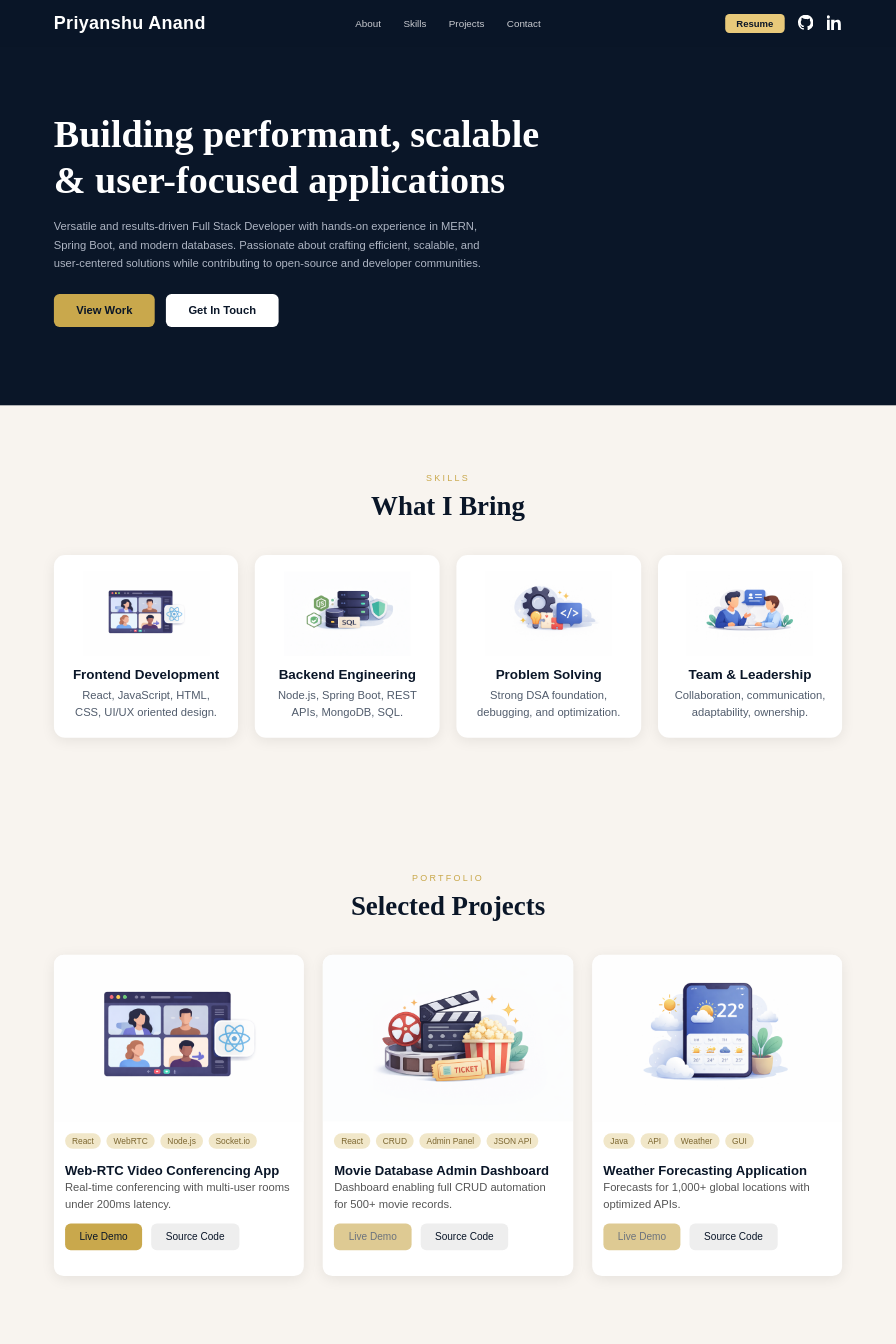
Repository: priyanshuanand12022/My-Portfolio
Page: /
The author's editor kept a copy of each file at every save. The page is drawn from the files as they stood at one save, then again after a run of saves.
The browser window is 1280 px wide. The pictures show the part of the page from y = 0 to 1920 px (the page is 2746 px tall), at 70% of full size.
The pointer rests on the first visible `.resume-btn`.
The project was rebuilt for these pictures with package versions that can differ from the ones it lists, and the page was loaded fresh each time. Also part of the build but not shown: vite.config.js.

Above is the page before, as saved 2026-02-25 23:23:24.

### index.html
<!doctype html>
<html lang="en">
  <head>
    <meta charset="UTF-8" />
    <link rel="icon" href="/favicon.png" type="image/png" sizes="32x32" />
    <link rel="apple-touch-icon" href="/favicon.png" />
    <meta name="viewport" content="width=device-width, initial-scale=1.0" />
    <title>Portfolio</title>
  </head>
  <body>
    <div id="root"></div>
    <script type="module" src="/src/main.jsx"></script>
  </body>
</html>

### src/main.jsx
import React from "react";
import ReactDOM from "react-dom/client";
import Portfolio from "./Portfolio.jsx";

ReactDOM.createRoot(document.getElementById("root")).render(
  <React.StrictMode>
    <Portfolio />
  </React.StrictMode>
);

### src/Portfolio.jsx
import { useState } from "react";
import "./Portfolio.css";
import emailjs from "emailjs-com";

// Images
import webrtcImg from "./assets/webrtc.png";
import movieImg from "./assets/movie.png";
import weatherImg from "./assets/weather.png";
import backendImg from "./assets/backend.png";
import problemImg from "./assets/problem.png";
import teamImg from "./assets/team.png";

export default function Portfolio() {
  const [submitted, setSubmitted] = useState(false);
  const [formData, setFormData] = useState({
    name: "",
    email: "",
    subject: "",
    message: "",
  });

  const handleSubmit = (e) => {
    e.preventDefault();

    emailjs
      .send(
        "service_lk6jd4n",
        "template_el7uc7k",
        {
          name: formData.name,
          email: formData.email,
          subject: formData.subject,
          message: formData.message,
        },
        "nVCyFrHKLSf0xcnOJ"
      )
      .then(() => {
        setSubmitted(true);
      })
      .catch((err) => {
        console.log("Email send error:", err);
        alert("Something went wrong!");
      });
  };

  const handleChange = (e) =>
    setFormData((prev) => ({ ...prev, [e.target.name]: e.target.value }));

  return (
    <div className="portfolio">

      {/* ================= NAVBAR ================= */}
      <nav className="nav">
  {/* Left */}
  <div className="nav-logo">Priyanshu Anand</div>

  {/* Center */}
  <ul className="nav-center">
    <li><a href="#about">About</a></li>
    <li><a href="#skills">Skills</a></li>
    <li><a href="#projects">Projects</a></li>
    <li><a href="#contact">Contact</a></li>
  </ul>

  {/* Right */}
  <div className="nav-right">

    {/* Resume Button */}
    <a
      href="/resume.pdf"
      download
      className="resume-btn"
    >
      Resume
    </a>

    <a href="https://github.com/priyanshuanand12022" target="_blank">
      <img className="icon" src="/github.svg" alt="GitHub" />
    </a>

    <a href="https://www.linkedin.com/in/priyanshu-anand-213315353" target="_blank">
      <img className="icon" src="/linkedin.svg" alt="LinkedIn" />
    </a>
  </div>
</nav>

      {/* ================= HERO ================= */}
      <section id="about" className="hero">
        <h1>Building performant, scalable & user-focused applications</h1>

        <p className="hero-desc">
          Versatile and results-driven Full Stack Developer with hands-on
          experience in MERN, Spring Boot, and modern databases. Passionate
          about crafting efficient, scalable, and user-centered solutions
          while contributing to open-source and developer communities.
        </p>

        <div className="hero-buttons">
          <a href="#projects" className="btn-primary">View Work</a>
          <a href="#contact" className="btn-secondary">Get In Touch</a>
        </div>
      </section>

      {/* ================= SKILLS ================= */}
      <section id="skills" className="skills">
        <div className="section-tag">SKILLS</div>
        <h2 className="section-title">What I Bring</h2>

        <div className="skills-grid">

          <div className="skill-card">
            <img src={webrtcImg} alt="Frontend" className="skill-img" />
            <h3>Frontend Development</h3>
            <p>React, JavaScript, HTML, CSS, UI/UX oriented design.</p>
          </div>

          <div className="skill-card">
            <img src={backendImg} alt="Backend" className="skill-img" />
            <h3>Backend Engineering</h3>
            <p>Node.js, Spring Boot, REST APIs, MongoDB, SQL.</p>
          </div>

          <div className="skill-card">
            <img src={problemImg} alt="Problem Solving" className="skill-img" />
            <h3>Problem Solving</h3>
            <p>Strong DSA foundation, debugging, and optimization.</p>
          </div>

          <div className="skill-card">
            <img src={teamImg} alt="Team" className="skill-img" />
            <h3>Team & Leadership</h3>
            <p>Collaboration, communication, adaptability, ownership.</p>
          </div>

        </div>
      </section>

      {/* ================= PROJECTS ================= */}
      <section id="projects" className="projects">
        <div className="section-tag">PORTFOLIO</div>
        <h2 className="section-title">Selected Projects</h2>

        <div className="projects-grid">

          {/* WEBRTC */}
          <div className="project-card">
            <img src={webrtcImg} className="project-img" alt="WebRTC" />
            <div className="project-tags">
              <span>React</span>
              <span>WebRTC</span>
              <span>Node.js</span>
              <span>Socket.io</span>
            </div>
            <h3>Web-RTC Video Conferencing App</h3>
            <p>Real-time conferencing with multi-user rooms under 200ms latency.</p>

            <div className="project-buttons">
              <a href="https://webrtc-conference-app2.netlify.app" className="btn-live">Live Demo</a>
              <a href="https://github.com/priyanshuanand12022/webrtc-full-app.git" className="btn-code">Source Code</a>
            </div>
          </div>

          {/* MOVIE DASHBOARD */}
          <div className="project-card">
            <img src={movieImg} className="project-img" alt="Movie Dashboard" />
            <div className="project-tags">
              <span>React</span>
              <span>CRUD</span>
              <span>Admin Panel</span>
              <span>JSON API</span>
            </div>
            <h3>Movie Database Admin Dashboard</h3>
            <p>Dashboard enabling full CRUD automation for 500+ movie records.</p>

            <div className="project-buttons">
              <a className="btn-live disabled">Live Demo</a>
              <a href="https://github.com/priyanshuanand12022/DBMS-Movie-Ticket-Booking-System.git" className="btn-code">Source Code</a>
            </div>
          </div>

          {/* WEATHER APP */}
          <div className="project-card">
            <img src={weatherImg} className="project-img" alt="Weather App" />
            <div className="project-tags">
              <span>Java</span>
              <span>API</span>
              <span>Weather</span>
              <span>GUI</span>
            </div>
            <h3>Weather Forecasting Application</h3>
            <p>Forecasts for 1,000+ global locations with optimized APIs.</p>

            <div className="project-buttons">
              <a className="btn-live disabled">Live Demo</a>
              <a href="https://github.com/priyanshuanand12022/JAVA-WEATHER-APPLICATION-PROJECT.git" className="btn-code">Source Code</a>
            </div>
          </div>

        </div>
      </section>

      {/* ================= CONTACT ================= */}
      <section id="contact" className="contact">
        <div className="section-tag light">CONTACT</div>
        <h2 className="section-title light">Let's Connect</h2>

        <p className="contact-desc">
          Have a project or collaboration in mind? Feel free to reach out.
        </p>

        {submitted ? (
          <div className="thankyou">
            Thank you! I’ll get back to you soon.
          </div>
        ) : (
          <form className="contact-form" onSubmit={handleSubmit}>
            <input name="name" placeholder="Your Name" required onChange={handleChange} />
            <input name="email" type="email" placeholder="Email" required onChange={handleChange} />
            <input name="subject" placeholder="Subject" onChange={handleChange} />
            <textarea name="message" placeholder="Message" required onChange={handleChange} />
            <button className="btn-primary submit-btn">Send Message</button>
          </form>
        )}
      </section>

      {/* ================= FOOTER ================= */}
      <footer className="footer">
        © 2026 <span>Priyanshu Anand</span> — All Rights Reserved.
      </footer>

    </div>
  );
}

### src/Portfolio.css
/* GLOBAL */
* {
  margin: 0;
  padding: 0;
  box-sizing: border-box;
}

body {
  font-family: "DM Sans", sans-serif;
  background: #f8f4ef;
  color: #0a1628;
}

.portfolio {
  width: 100%;
  overflow-x: hidden;
}

/* ================= NAV ================= */
.nav {
  display: flex;
  justify-content: space-between;
  align-items: center;
  padding: 1.1rem 6%;
  position: fixed;
  top: 0;
  width: 100%;
  background: rgba(10, 22, 40, 0.95);
  backdrop-filter: blur(10px);
  z-index: 2000;
}

.nav-logo {
  color: white;
  font-weight: 700;
  font-size: 1.6rem;
  letter-spacing: 0.5px;
}

.nav {
  display: flex;
  justify-content: space-between;   /* keeps left, center, right separated */
  align-items: center;
  padding: 1.2rem 6%;
  position: fixed;
  top: 0;
  width: 100%;
  background: rgba(10, 22, 40, 0.92);
  backdrop-filter: blur(10px);
  z-index: 200;
}

/* Center nav links */
.nav-center {
  position: absolute;
  left: 50%;
  transform: translateX(-50%);   /* centers exactly */
  display: flex;
  gap: 2rem;
  list-style: none;
}

.nav-center a {
  color: #c9cbd1;
  text-decoration: none;
  font-size: 0.88rem;
}

.resume-btn {
  background: #c9a84c;
  color: #0a1628;
  padding: 6px 16px;
  border-radius: 6px;
  text-decoration: none;
  font-size: 0.85rem;
  font-weight: 600;
  transition: 0.2s ease;
}

.resume-btn:hover {
  background: #e8c97a;
}

.nav-center a:hover {
  color: #e8c97a;
}

/* Right social icons */
.nav-right {
  display: flex;
  gap: 1.2rem;
  align-items: center;
}

.nav-logo span {
  color: #c9a84c;
}

/* Nav links */
.nav-links {
  display: flex;
  gap: 2rem;
  list-style: none;
}

.nav-links a {
  color: #c9cbd1;
  text-decoration: none;
  font-size: 0.88rem;
  transition: 0.2s ease;
}

.nav-links a:hover {
  color: #e8c97a;
}

/* Social Icons Right Side */
.nav-social {
  display: flex;
  align-items: center;
  gap: 1rem;
}

.nav-social .icon {
  width: 22px;
  height: 22px;
  filter: brightness(0) invert(1); /* white icons */
  opacity: 0.85;
  transition: 0.2s;
}

.nav-social .icon:hover {
  opacity: 1;
  transform: scale(1.15);
}

/* ================= HERO ================= */
.hero {
  background: #0a1628;
  color: white;
  padding: 10rem 6% 7rem;
}

.hero h1 {
  font-family: "Playfair Display", serif;
  font-size: 3.4rem;
  max-width: 750px;
  line-height: 1.2;
}

.hero-desc {
  margin-top: 1.3rem;
  color: #aeb5c3;
  max-width: 620px;
  line-height: 1.6;
}

.hero-buttons {
  margin-top: 2rem;
  display: flex;
  gap: 1rem;
}

.btn-primary {
  background: #c9a84c;
  color: #0a1628;
  padding: 0.9rem 2rem;
  border-radius: 8px;
  text-decoration: none;
  font-weight: 600;
}

.btn-secondary {
  background: white;
  color: #0a1628;
  padding: 0.9rem 2rem;
  border-radius: 8px;
  text-decoration: none;
  font-weight: 600;
}

/* ================= SECTION HEADERS ================= */
.section-tag {
  text-align: center;
  letter-spacing: 0.25em;
  color: #c9a84c;
  font-size: 0.8rem;
}

.section-title {
  text-align: center;
  font-family: "Playfair Display", serif;
  font-size: 2.4rem;
  margin: 0.7rem 0 3rem;
}

/* ================= SKILLS ================= */
.skills {
  padding: 6rem 6%;
}

.skills-grid {
  display: grid;
  grid-template-columns: repeat(auto-fit, minmax(260px, 1fr));
  gap: 1.5rem;
}

.skill-card {
  background: white;
  padding: 1.5rem;
  border-radius: 16px;
  text-align: center;
  min-height: 260px;
  box-shadow: 0 4px 20px rgba(0, 0, 0, 0.08);
}

.skill-img {
  width: 180px;
  margin: 0 auto 1rem;
  display: block;
}

.skill-card h3 {
  font-size: 1.2rem;
  margin-bottom: 0.4rem;
}

.skill-card p {
  color: #515c6c;
  line-height: 1.5;
}

/* ================= PROJECTS ================= */
.projects {
  padding: 6rem 6%;
}

.projects-grid {
  display: grid;
  grid-template-columns: repeat(auto-fit, minmax(290px, 1fr));
  gap: 1.7rem;
}

.project-card {
  background: white;
  border-radius: 14px;
  padding-bottom: 1.3rem;
  box-shadow: 0 4px 20px rgba(0, 0, 0, 0.08);
}

.project-img {
  width: 100%;
  border-radius: 14px 14px 0 0;
}

.project-tags {
  display: flex;
  gap: 8px;
  flex-wrap: wrap;
  padding: 0.8rem 1rem;
}

.project-tags span {
  background: #f1e7c9;
  color: #7b6630;
  padding: 4px 10px;
  border-radius: 20px;
  font-size: 0.75rem;
}

.project-card h3 {
  padding: 0 1rem;
  margin-top: 0.5rem;
}

.project-card p {
  padding: 0 1rem;
  color: #555;
  line-height: 1.5;
}

.project-buttons {
  padding: 1rem;
  display: flex;
  gap: 0.8rem;
}

.btn-live {
  background: #c9a84c;
  color: #0a1628;
  padding: 0.7rem 1.3rem;
  border-radius: 8px;
  font-size: 0.9rem;
  text-decoration: none;
}

.btn-code {
  background: #eee;
  color: #0a1628;
  padding: 0.7rem 1.3rem;
  border-radius: 8px;
  font-size: 0.9rem;
  text-decoration: none;
}

.disabled {
  opacity: 0.6;
  pointer-events: none;
}

/* ================= CONTACT ================= */
.contact {
  background: #0a1628;
  color: white;
  padding: 6rem 6%;
  margin-top: 4rem;
  text-align: center;
}

.section-title.light {
  color: white;
}

.contact-desc {
  margin-top: 1rem;
  color: #b7c0cf;
  font-size: 1.05rem;
}

.contact-form {
  margin-top: 2.5rem;
  max-width: 450px;
  margin-left: auto;
  margin-right: auto;
  display: flex;
  flex-direction: column;
  gap: 1rem;
}

.contact-form input,
.contact-form textarea {
  padding: 0.9rem 1rem;
  background: #102039;
  border-radius: 8px;
  border: 1px solid #21324d;
  color: white;
}

.submit-btn {
  margin-top: 0.5rem;
  align-self: center;
}

/* ================= FOOTER ================= */
.footer {
  text-align: center;
  padding: 1.8rem 0;
  background: #0a1628;
  color: #c2cad6;
}

.footer span {
  color: #e6c878;
}

After the next 3 saves:
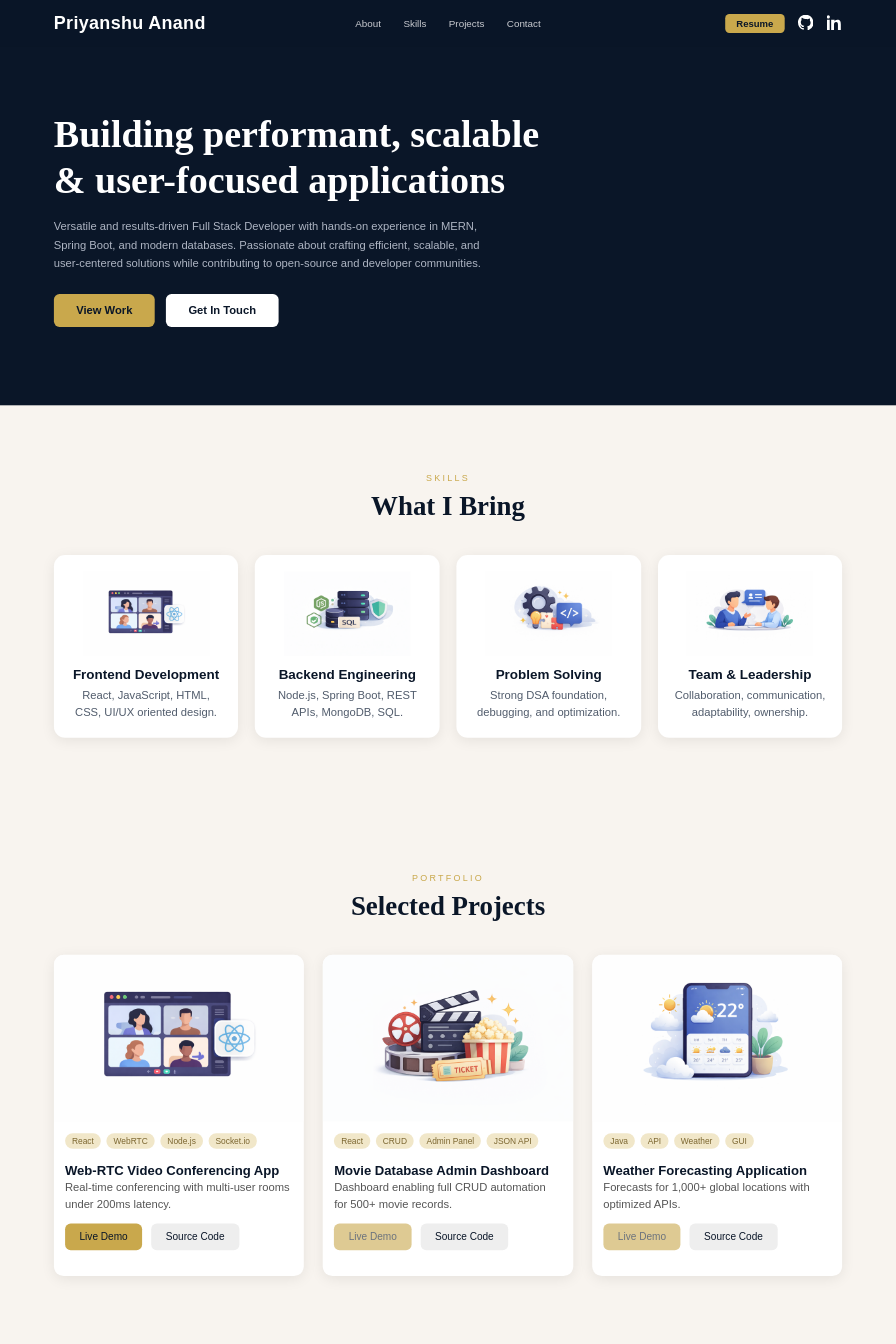
The 3 saves are shown as one change because they came seconds apart.
The last was saved 56 s later.
--- a/src/Portfolio.css
+++ b/src/Portfolio.css
@@ -78,7 +78,7 @@ body {
 }
 
 .resume-btn:hover {
-  background: #e8c97a;
+  background: #;c9a84c
 }
 
 .nav-center a:hover {
